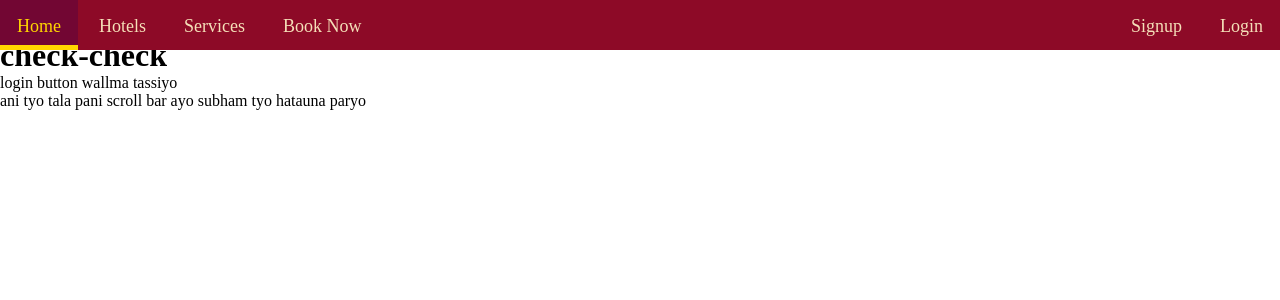
Repository: SachetAdhikari/HotelManagementSystem
Page: http://localhost/HMS/
The author's editor kept a copy of each file at every save. The page is drawn from the files as they stood at one save, then again after the next save.
The browser window is 1280 px wide. The pictures show the whole page.
Some web fonts or font styles are not loaded; a fallback is used. The page is served by Tomcat 9.

Above is the page before, as saved 2021-05-30 07:26:34.

After the next save:
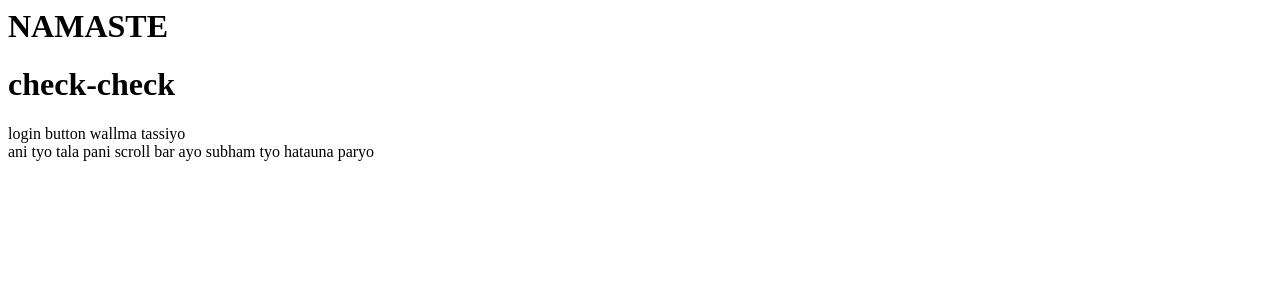
Saved 38 s later.
--- a/HMS/WebContent/index.jsp
+++ b/HMS/WebContent/index.jsp
@@ -1,34 +1,4 @@
-<%@ page language="java" contentType="text/html; charset=ISO-8859-1"
-    pageEncoding="ISO-8859-1"%>
-<!DOCTYPE html>
-<html lang="en">
-  <head>
-    <meta charset="UTF-8" />
-    <meta http-equiv="X-UA-Compatible" content="IE=edge" />
-    <meta name="viewport" content="width=device-width, initial-scale=1.0" />
-    <title>Home</title>
-    <link rel="stylesheet" href="./static/style.css" />
-    <link rel="icon" type="image/icon" href="./static/images/icon.ico" />
-  </head>
-  <body>
-    <header>
-      <nav>
-        <div class="navlink">
-          <ul>
-            <li><a href="./index.html">Home</a></li>
-            <li><a href="#">Hotels</a></li>
-            <li><a href="#">Services</a></li>
-            <li><a href="#">Book Now</a></li>
-          </ul>
-        </div>
-        <div class="signuplink">
-          <ul>
-            <li><a href="./signup.html">Signup</a></li>
-            <li><a href="./login.html">Login</a></li>
-          </ul>
-        </div>
-      </nav>
-    </header>
+
     <div class="main-page">
       <div class="main-page p1">
         <h1>NAMASTE</h1>
